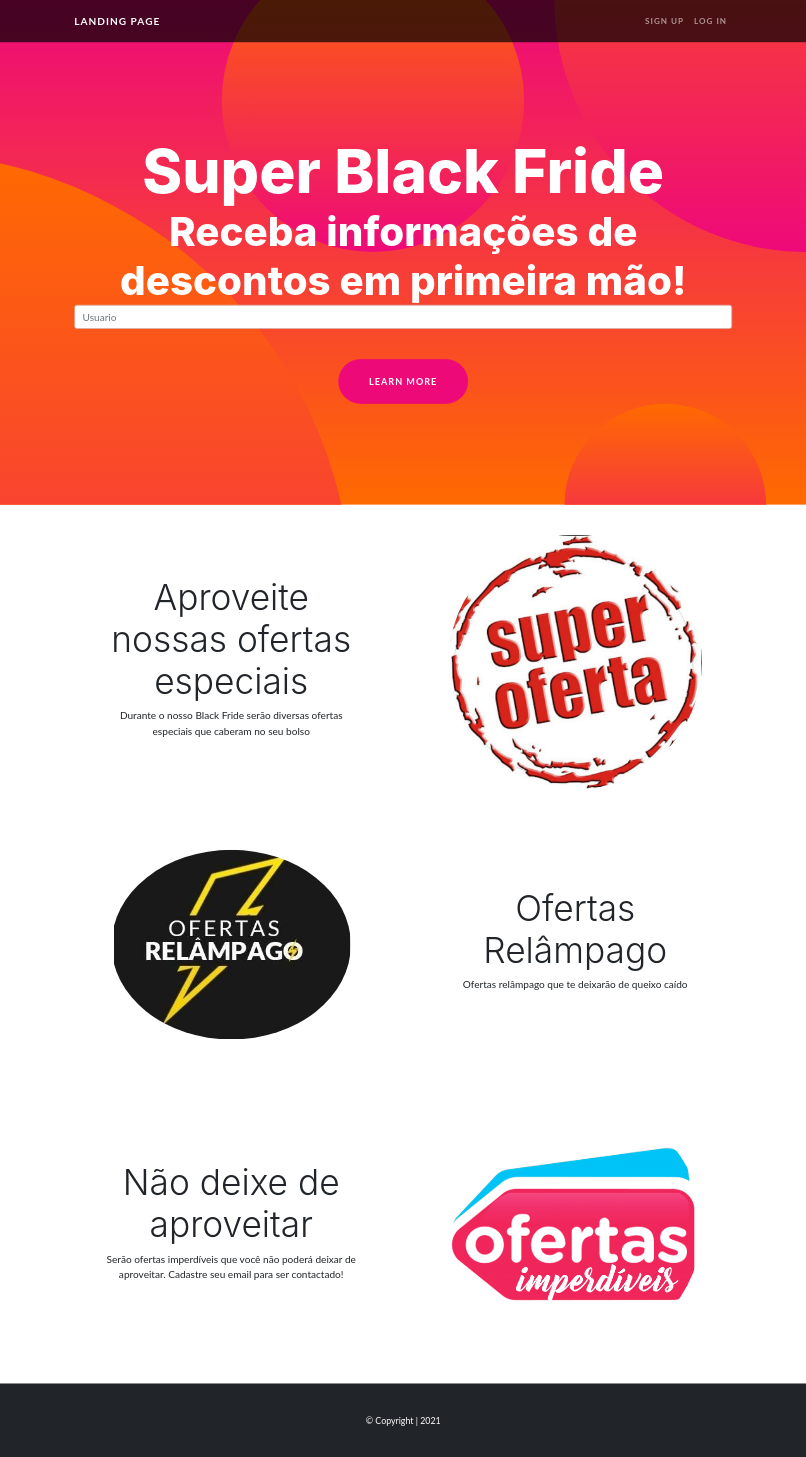
Repository: jrfalcao/landing-page
Page: /
These files come from the project's save history. The page is drawn as it stood at one moment and after the next save; the edit follows.
The browser window is 1280 px wide. The pictures show the whole page, at 63% of full size.
The project was rebuilt for these pictures with package versions that can differ from the ones it lists, and the page was loaded fresh each time.

Above is the page before, as saved 2021-07-18 22:15:09.

### src/App.js
import NavBar from './Components/NavBar';
import Header from './Components/Header';
import Promotion from './Components/Promotion';
import Footer from './Components/Footer';

import './assets/css/App.css';
import Image01 from './assets/img/super_oferta.jpg'
import Image02 from './assets/img/oferta_relampago.jpg'
import Image03 from './assets/img/ofertas_imperdiveis.png'


function App() {
  return (
    <div className="App">
      <NavBar />
      <Header />
      <Promotion
        imageDir={true}
        imgUrl={Image01}
        promoTitle="Aproveite nossas ofertas especiais"
        description="Durante o nosso Black Fride serão diversas ofertas especiais que caberam no seu bolso"
      />
      <Promotion
        imageDir={false}
        imgUrl={Image02}
        promoTitle="Ofertas Relâmpago"
        description="Ofertas relâmpago que te deixarão de queixo caído"
      />
      <Promotion
        imageDir={true}
        imgUrl={Image03}
        promoTitle="Não deixe de aproveitar"
        description="Serão ofertas imperdíveis que você não poderá deixar de aproveitar. Cadastre seu email para ser contactado!"
      />

      <Footer />
    </div>
  );
}

export default App;

### src/Components/NavBar.js
export default function NavBar() {
	return (
		<nav className="navbar navbar-expand-lg navbar-dark navbar-custom fixed-top">
			<div className="container px-5">
				<a className="navbar-brand" href="#page-top">Landing Page</a>
				<button className="navbar-toggler" type="button" data-bs-toggle="collapse" data-bs-target="#navbarResponsive" aria-controls="navbarResponsive" aria-expanded="false" aria-label="Toggle navigation"><span className="navbar-toggler-icon"></span></button>
				<div className="collapse navbar-collapse" id="navbarResponsive">
					<ul className="navbar-nav ms-auto">
						<li className="nav-item"><a className="nav-link" href="#!">Sign Up</a></li>
						<li className="nav-item"><a className="nav-link" href="#!">Log In</a></li>
					</ul>
				</div>
			</div>
		</nav>
	);
}

### src/Components/Header.js
import React, {useState} from 'react';

export default function Header() {
	const [ email, setEmail ] = useState('');

	return (
		<header className="masthead text-center text-white">
			<div className="masthead-content">
				<div className="container px-5">
					<h1 className="masthead-heading mb-0">Super Black Fride</h1>
					<h3 className="masthead-subheading mb-0">Receba informações de descontos em primeira mão!</h3>
					<input className="form-control" value={email} placeholder="Usuario" onChange={ e => setEmail(e.target.value)} />
					<a className="btn btn-primary btn-xl rounded-pill mt-5" href="#scroll">Learn More</a>
				</div>
			</div>
			<div className="bg-circle-1 bg-circle"></div>
			<div className="bg-circle-2 bg-circle"></div>
			<div className="bg-circle-3 bg-circle"></div>
			<div className="bg-circle-4 bg-circle"></div>
		</header>
	);
}

### src/Components/Promotion.js
import React from 'react';

export default function Promotion(props) {
	return (
		<section id="scroll">
			<div className="container px-5">
				<div className="row gx-5 align-items-center">
					<div className={props.imageDir ? "col-lg-6 order-lg-2" : 'col-lg-6'}>
						<div className="p-5"><img className="img-fluid rounded-circle" src={props.imgUrl} alt={props.promoTitle} /></div>
					</div>
					<div className={props.imageDir ? "col-lg-6 order-lg-1" : 'col-lg-6'}>
						<div className="p-5">
							<h2 className="display-4">{props.promoTitle}</h2>
							<p>{props.description}</p>
						</div>
					</div>
				</div>
			</div>
		</section>
	);
}

### src/Components/Footer.js
import React from 'react';

export default function Footer() {

	return (
		<footer className="py-5 bg-dark">
			<div className="container px-5"><p className="m-0 text-center text-white small">&copy; Copyright | 2021</p></div>
		</footer>
	);
}

Loaded but not shown: public/index.html (common file); src/index.js (common file); src/index.css (library); src/reportWebVitals.js (common file); src/assets/css/App.css (common file)

After the next save:
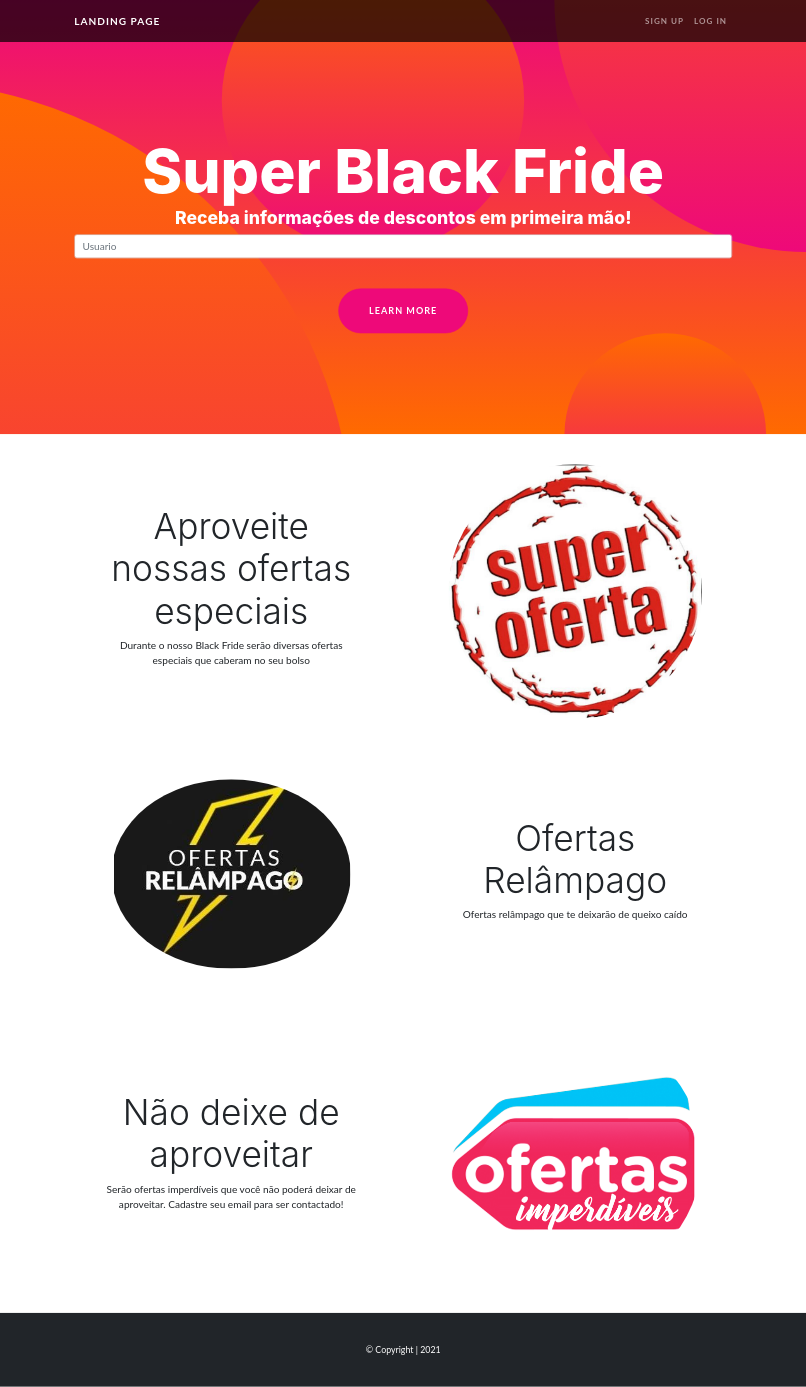
Saved 71 s later.
--- a/src/Components/Header.js
+++ b/src/Components/Header.js
@@ -8,7 +8,7 @@ export default function Header() {
 			<div className="masthead-content">
 				<div className="container px-5">
 					<h1 className="masthead-heading mb-0">Super Black Fride</h1>
-					<h3 className="masthead-subheading mb-0">Receba informações de descontos em primeira mão!</h3>
+					<h3 className="mb-2">Receba informações de descontos em primeira mão!</h3>
 					<input className="form-control" value={email} placeholder="Usuario" onChange={ e => setEmail(e.target.value)} />
 					<a className="btn btn-primary btn-xl rounded-pill mt-5" href="#scroll">Learn More</a>
 				</div>
